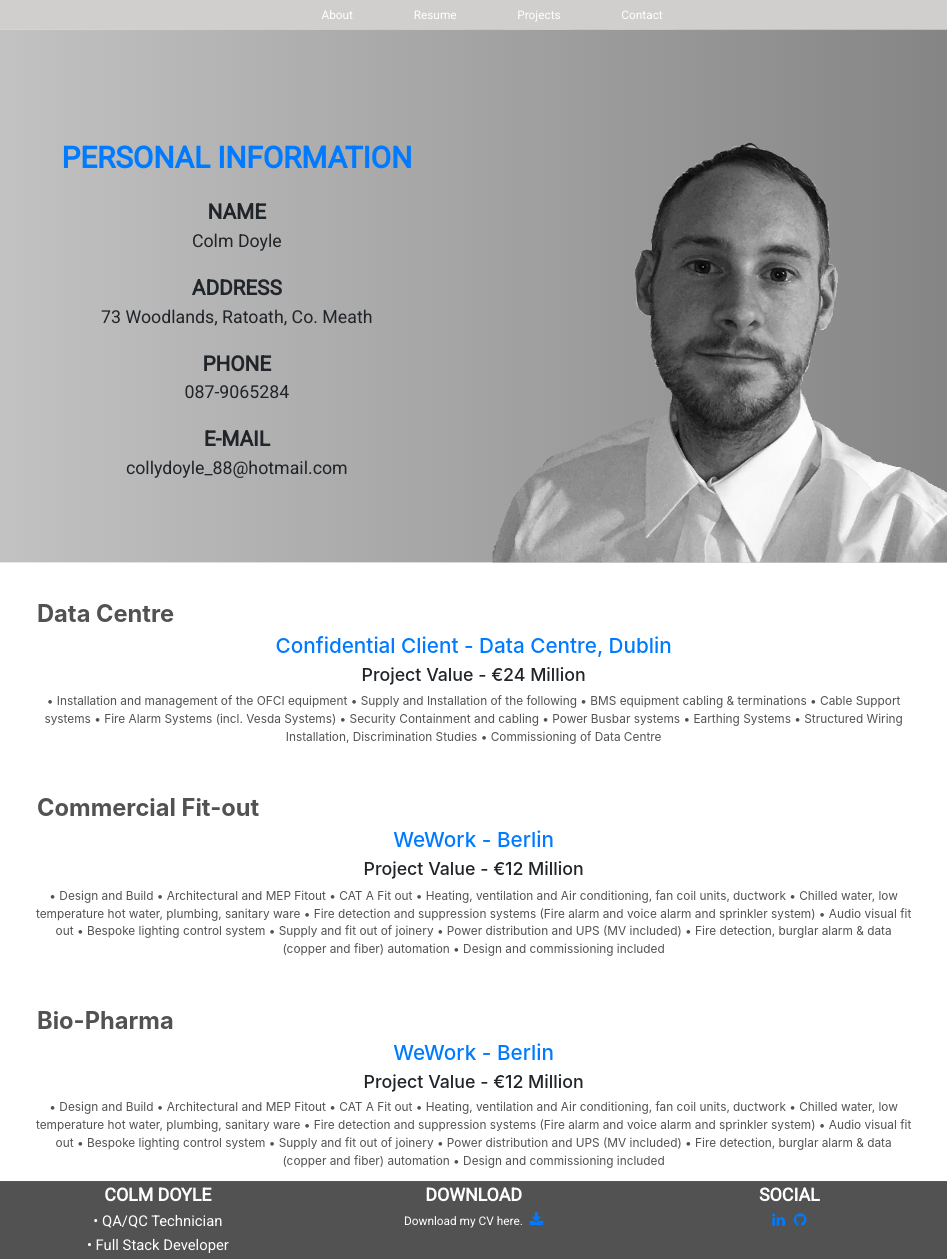
Repository: Code-Institute-Submissions/collyd21-milestone1
Page: projects.html
The author's editor kept a record of every edit. The page is drawn from the files as they stood at one moment, then again after the next edit.
The browser window is 1280 px wide. The pictures show the whole page, at 74% of full size.
Some web libraries are served in a nearby version.

Above is the page before.

### projects.html
<!DOCTYPE html>
<html lang="en">

<head>
    <meta charset="UTF-8">
    <meta name="viewport" content="width=device-width, initial-scale=1.0">
    <meta http-equiv="X-UA-Compatible" content="ie=edge">
    <link rel="stylesheet" href="https://maxcdn.bootstrapcdn.com/bootstrap/4.2.1/css/bootstrap.min.css" type="text/css" />
    <link rel="stylesheet" href="https://stackpath.bootstrapcdn.com/font-awesome/4.7.0/css/font-awesome.min.css" type="text/css" />
    <link href="https://fonts.googleapis.com/css?family=Roboto&display=swap" rel="stylesheet">
    <link rel="stylesheet" href="assets/css/style.css">
    <title>Colm Doyle - Personal Profile</title>
</head>

<body>
    <!------------------------------------------Navbar-------------------------------------->

    <ul class="nav justify-content-center">
        <li class="nav-item">
            <a class="nav-link" href="index.html">About</a>
        </li>
        <li class="nav-item">
            <a class="nav-link" href="resume.html">Resume</a>
        </li>
        <li class="nav-item">
            <a class="nav-link" href="projects.html">Projects</a>
        </li>
        <li class="nav-item">
            <a class="nav-link" href="contact.html">Contact</a>
        </li>
    </ul>

    <!------------------------------------------Header-------------------------------------->

    <header class="jumbotron-fluid" id="main-view">
        <div class="container-fluid no-gutters">
            <div class="row">
                <div class="col-6 heading" id="resume">
                    <h1 class="uppercase-jumbo">Personal Information</h1>
                    <br>
                    <h3 class="uppercase">Name</h3>
                    <h4>Colm Doyle</h4>
                    <br>
                    <h3 class="uppercase">Address</h3>
                    <h4>73 Woodlands, Ratoath, Co. Meath</h4>
                    <br>
                    <h3 class="uppercase">Phone</h3>
                    <h4>087-9065284</h4>
                    <br>
                    <h3 class="uppercase">E-mail</h3>
                    <h4>collydoyle_88@hotmail.com</h4>
                    <br>
                </div>
            </div>
        </div>
    </header>

    <!------------------------------------------Projects-------------------------------------->

    <section class="container-fluid">
        <div class="row">
            <h2 class="top-margin">Data Centre</h2>
            <div class="col-12 resume">
                <h3>Confidential Client - Data Centre, Dublin</h3>
                <h4>Project Value - €24 Million</h4>
                <p>• Installation and management of the OFCI equipment • Supply and Installation of the following • BMS equipment cabling & terminations • Cable Support systems • Fire Alarm Systems (incl. Vesda Systems) • Security Containment and cabling
                    • Power Busbar systems • Earthing Systems • Structured Wiring Installation, Discrimination Studies • Commissioning of Data Centre
                </p>
            </div>
            <h2 class="top-margin">Commercial Fit-out</h2>
            <div class="col-12 resume">
                <h3>WeWork - Berlin</h3>
                <h4>Project Value - €12 Million</h4>
                <p>• Design and Build • Architectural and MEP Fitout • CAT A Fit out • Heating, ventilation and Air conditioning, fan coil units, ductwork • Chilled water, low temperature hot water, plumbing, sanitary ware • Fire detection and suppression
                    systems (Fire alarm and voice alarm and sprinkler system) • Audio visual fit out • Bespoke lighting control system • Supply and fit out of joinery • Power distribution and UPS (MV included) • Fire detection, burglar alarm & data (copper
                    and fiber) automation • Design and commissioning included
                </p>
            </div>
            <h2 class="top-margin">Bio-Pharma</h2>
            <div class="col-12 resume">
                <h3>WeWork - Berlin</h3>
                <h4>Project Value - €12 Million</h4>
                <p>• Design and Build • Architectural and MEP Fitout • CAT A Fit out • Heating, ventilation and Air conditioning, fan coil units, ductwork • Chilled water, low temperature hot water, plumbing, sanitary ware • Fire detection and suppression
                    systems (Fire alarm and voice alarm and sprinkler system) • Audio visual fit out • Bespoke lighting control system • Supply and fit out of joinery • Power distribution and UPS (MV included) • Fire detection, burglar alarm & data (copper
                    and fiber) automation • Design and commissioning included
                </p>
            </div>
    </section>


    <!------------------------------------------Footer-------------------------------------->

    <footer class="container-fluid">
        <div class="row" id="footer">
            <div class="col-sm-4 ">
                <h4 class="uppercase footer">Colm Doyle</h4>
                <h5>• QA/QC Technician</h5>
                <h5>• Full Stack Developer</h5>
            </div>
            <div class="col-sm-4">
                <h4 class="uppercase">Download</h4>
                <p class="inline-block">
                    Download my CV here.
                    <a href="assets/pdfs/colm-cv.pdf" target="_blank" class="cv-pdf">
                        <i class="fa fa-download" aria-hidden="true"></i>
                        <span class="sr-only">Download link</span>
                    </a>
                </p>
            </div>
            <div class="col-sm-4">
                <h4 class="uppercase">Social</h4>
                <ul class="list-inline social-links">
                    <li class="list-inline-item">
                        <a target="_blank" href="https://linkedin.com/in/colm-doyle-88b0b6164">
                            <i class="fa fa-linkedin" aria-hidden="true"></i>
                            <span class="sr-only">LinkedIn</span>
                     </a>
                    </li>
                    <li class="list-inline-item">
                        <a target="_blank" href="https://github.com/collyd21">
                            <i class="fa fa-github " aria-hidden="true"></i>
                            <span class="sr-only">Github</span>
                        </a>

            </div>
    </footer>
</body>

</html>

### assets/css/style.css
/*-----------------------------------------------Navbar----------------------------------------*/

.nav {
    background-color: #d1cfce;

}

.nav-link {
    font-family: 'Roboto', sans-serif;
    color: #fff;
    margin-left: 50px;
    background-color: #d1cfce;
}

ul.nav a:hover {
    color: #007bff
}

/*-----------------------------------------------Header/Jumbotron----------------------------------------*/

#main-view {
    background-position: bottom;
    background-image: url('../images/main3.png'), linear-gradient(to right, #c2c2c2 0%, #858585 100%);
    background-size: cover;
    height: 100vh;
    width: 100vw;
    margin-bottom: 0px;
}

#about {
    font-family: 'Roboto', sans-serif;
    top: 250px;
    text-align: center;
}

/*-----------------------------------------------3 Questions----------------------------------------*/

#questions {
    font-family: 'Roboto', sans-serif;
    margin-top: 25px;
    margin-bottom: 25px;
    text-align: center;
}

.question-margin {
    margin-bottom: 25px;
}

.uppercase {
    text-transform: uppercase;
    font-weight: bold;
}

.uppercase-jumbo {
    text-transform: uppercase;
    font-weight: bold;
    color: #007bff
}

#questions i {
    font-size: 30px;
    color: #007bff;
    text-align: center;
    margin-right: 15px;
}


/*-----------------------------------------------Footer----------------------------------------*/

.inline-block {
    display: inline-block;
}

#footer {
    padding-top: 5px;
    font-family: 'Roboto', sans-serif;
    background-color: #525252;
    color: #fff;
    text-align: center;
    position: relative;
}

.cv-pdf i {
    padding-left: 5px;
    font-size: 20px;
}


.social-links li a i {
    font-size: 20px;
}

/*--------------------------------------------Resume Landing--------------------------------- */

#resume {
    font-family: 'Roboto', sans-serif;
    top: 150px;
    text-align: center;
}

/*--------------------------------------------Work History / Education-----------------------------------*/

.top-margin {
    margin-top: 50px;
    margin-left: 50px;
    color: #525252;
    font-weight: bold;
}

.resume {
    text-align: center;
}

.resume h3 {
    color: #007bff;
}

.resume p {
    color: #525252;
    margin-left: 30px;
    margin-right: 30px;
}

.bottom-margin {
    margin-bottom: 50px;
}

.education {
    background-color: #fafafa;
}

After the next edit:
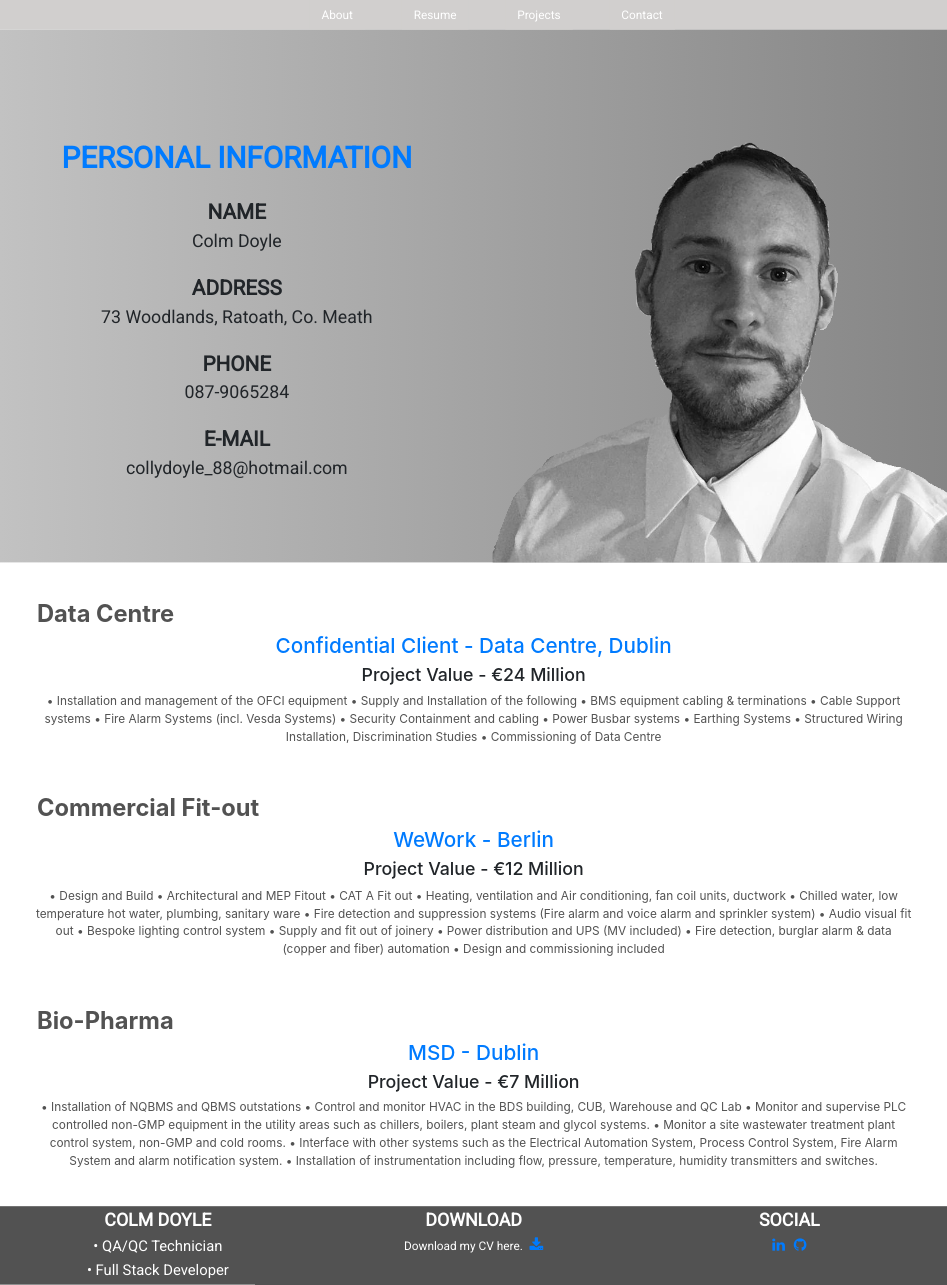
The edit:
--- a/projects.html
+++ b/projects.html
@@ -78,12 +78,10 @@
             </div>
             <h2 class="top-margin">Bio-Pharma</h2>
             <div class="col-12 resume">
-                <h3>WeWork - Berlin</h3>
-                <h4>Project Value - €12 Million</h4>
-                <p>• Design and Build • Architectural and MEP Fitout • CAT A Fit out • Heating, ventilation and Air conditioning, fan coil units, ductwork • Chilled water, low temperature hot water, plumbing, sanitary ware • Fire detection and suppression
-                    systems (Fire alarm and voice alarm and sprinkler system) • Audio visual fit out • Bespoke lighting control system • Supply and fit out of joinery • Power distribution and UPS (MV included) • Fire detection, burglar alarm & data (copper
-                    and fiber) automation • Design and commissioning included
-                </p>
+                <h3>MSD - Dublin</h3>
+                <h4>Project Value - €7 Million</h4>
+                <p class="bottom-margin">• Installation of NQBMS and QBMS outstations • Control and monitor HVAC in the BDS building, CUB, Warehouse and QC Lab • Monitor and supervise PLC controlled non-GMP equipment in the utility areas such as chillers, boilers, plant steam
+                    and glycol systems. • Monitor a site wastewater treatment plant control system, non-GMP and cold rooms. • Interface with other systems such as the Electrical Automation System, Process Control System, Fire Alarm System and alarm notification system. • Installation of instrumentation including flow, pressure, temperature, humidity transmitters and switches.</p>
             </div>
     </section>
 
